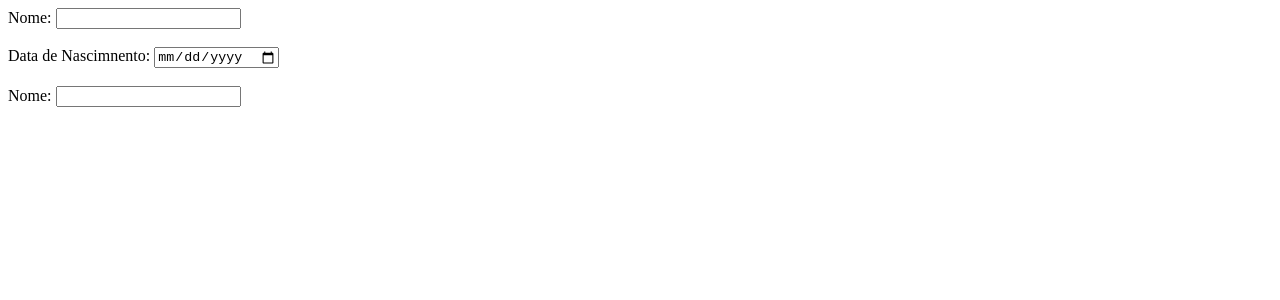
Repository: HigorRoc/Uninove_2021.1_AplicacaoWebQuarta
Page: usersManager/WebContent/formCadastro.html
The author's editor kept a copy of each file at every save. The page is drawn from the files as they stood at one save, then again after the next save.
The browser window is 1280 px wide. The pictures show the whole page.

Above is the page before, as saved 2021-05-13 00:14:24.

### usersManager/WebContent/formCadastro.html
<!DOCTYPE html>
<html>
<head>
<meta charset="ISO-8859-1">
<title>Cadastro</title>
</head>
<body>
	<form>
		Nome: <input type="text" name="txtnome"><br><br>
		Data de Nascimnento: <input type="date" name="txtdatanascimento"><br><br>
		Nome: <input type=" name="txtnome"><br><br>
	</form>
</body>
</html>

After the next save:
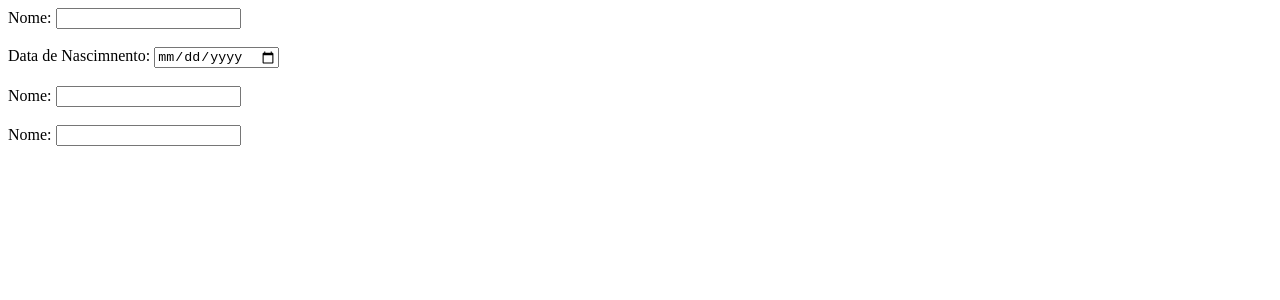
Saved 5 s later.
--- a/usersManager/WebContent/formCadastro.html
+++ b/usersManager/WebContent/formCadastro.html
@@ -9,6 +9,7 @@
 		Nome: <input type="text" name="txtnome"><br><br>
 		Data de Nascimnento: <input type="date" name="txtdatanascimento"><br><br>
 		Nome: <input type=" name="txtnome"><br><br>
+		Nome: <input type=" name="txtnome"><br><br>
 	</form>
 </body>
 </html>
